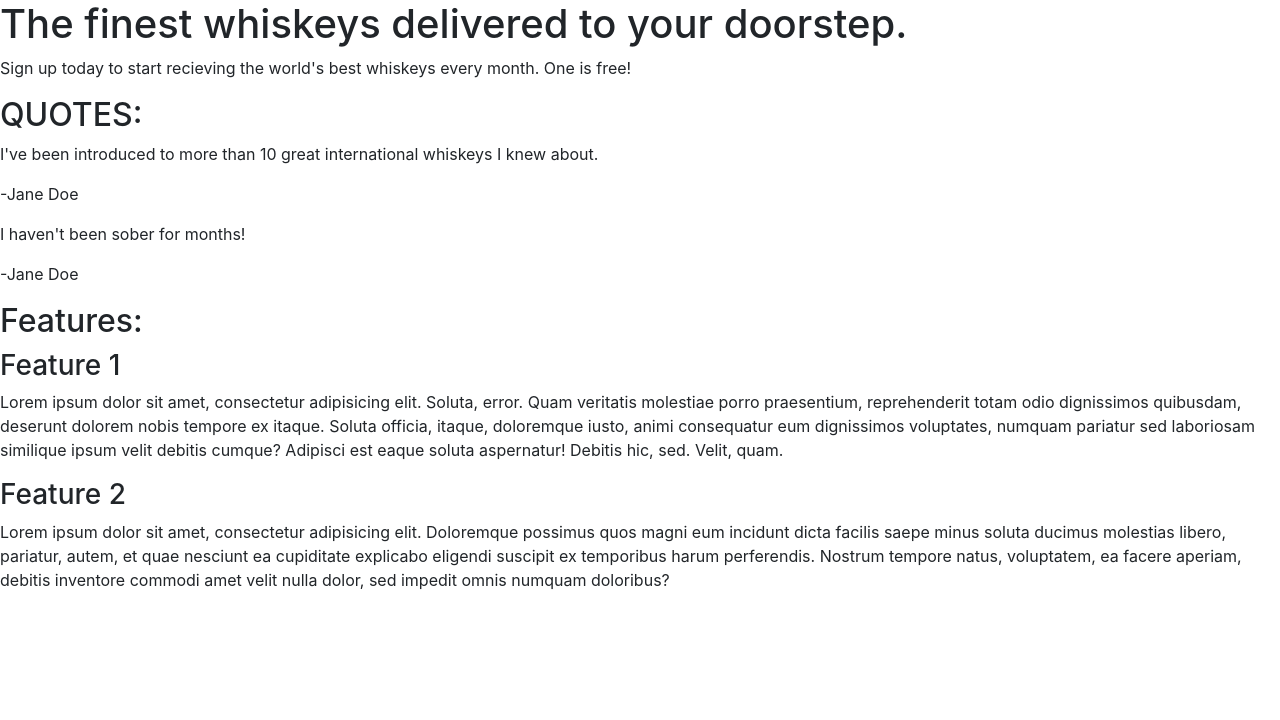
Repository: Leannald13/whiskey-project
Page: index.html
The author's editor kept a record of every edit. The page is drawn from the files as they stood at one moment, then again after the next edit.
The browser window is 1280 px wide. The pictures show the whole page.

Above is the page before.
Console error: TypeError: Cannot read properties of undefined (reading 'fn')

### index.html
<!DOCTYPE html>
<html lang="en">
<head>
    <meta charset="UTF-8">
    <meta name="viewport" content="width=device-width, initial-scale=1.0">
    <meta http-equiv="X-UA-Compatible" content="ie=edge">
    <link rel="stylesheet" href="https://stackpath.bootstrapcdn.com/bootstrap/4.1.3/css/bootstrap.min.css" integrity="sha384-MCw98/SFnGE8fJT3GXwEOngsV7Zt27NXFoaoApmYm81iuXoPkFOJwJ8ERdknLPMO" crossorigin="anonymous">
<script src="https://stackpath.bootstrapcdn.com/bootstrap/4.1.3/js/bootstrap.min.js" integrity="sha384-ChfqqxuZUCnJSK3+MXmPNIyE6ZbWh2IMqE241rYiqJxyMiZ6OW/JmZQ5stwEULTy" crossorigin="anonymous"></script>
    <title>Whiskey Drop: Taste a new whiskey every month</title>
</head>
<body>
    <article class="article">
        <section class="callout">
        <h1>The finest whiskeys delivered to your doorstep.</h1>
        <p>Sign up today to start recieving the world's best whiskeys every month. One is free!</p>
         </section>
    <section class="quotes">
    <h2 class="text-uppercase">Quotes:</h2>
    <div class="quote">
        <p>I've been introduced to more than 10 great international whiskeys I knew about.</p>
          <p>-Jane Doe</p>
    </div>
      <div class="quote">
         <p>I haven't been sober for months!</p>
         <p>-Jane Doe</p>
      </div>
    </section>
    <section class="features">
        <h2>Features:</h2>
        <div class="feature">
            <h3>Feature 1</h3>
            <p>Lorem ipsum dolor sit amet, consectetur adipisicing elit. Soluta, error. Quam veritatis molestiae porro praesentium, reprehenderit totam odio dignissimos quibusdam, deserunt dolorem nobis tempore ex itaque. Soluta officia, itaque, doloremque iusto, animi consequatur eum dignissimos voluptates, numquam pariatur sed laboriosam similique ipsum velit debitis cumque? Adipisci est eaque soluta aspernatur! Debitis hic, sed. Velit, quam.</p>
        </div>
        <div class="feature">
        <h3>Feature 2</h3>
        <p>Lorem ipsum dolor sit amet, consectetur adipisicing elit. Doloremque possimus quos magni eum incidunt dicta facilis saepe minus soluta ducimus molestias libero, pariatur, autem, et quae nesciunt ea cupiditate explicabo eligendi suscipit ex temporibus harum perferendis. Nostrum tempore natus, voluptatem, ea facere aperiam, debitis inventore commodi amet velit nulla dolor, sed impedit omnis numquam doloribus?</p>
        </div>



    </section>
    </article>

</body>
</html>

After the next edit:
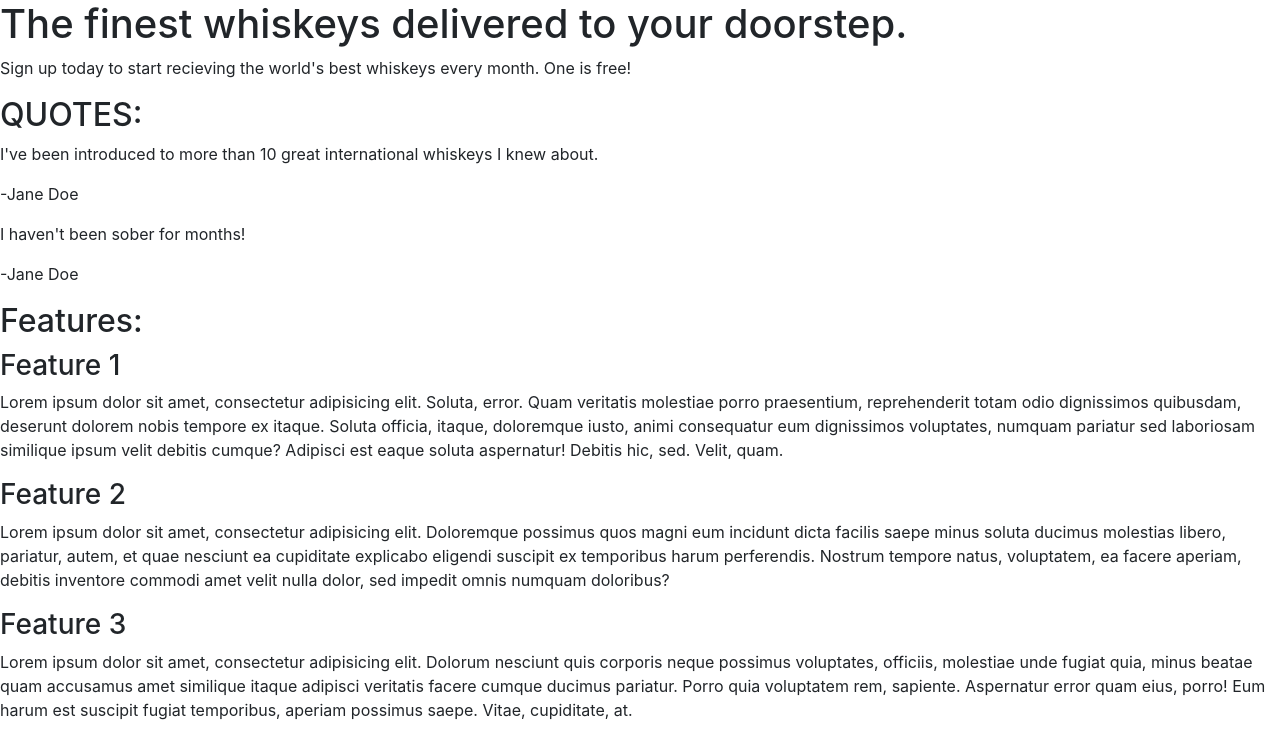
The edit:
--- a/index.html
+++ b/index.html
@@ -35,7 +35,10 @@
         <h3>Feature 2</h3>
         <p>Lorem ipsum dolor sit amet, consectetur adipisicing elit. Doloremque possimus quos magni eum incidunt dicta facilis saepe minus soluta ducimus molestias libero, pariatur, autem, et quae nesciunt ea cupiditate explicabo eligendi suscipit ex temporibus harum perferendis. Nostrum tempore natus, voluptatem, ea facere aperiam, debitis inventore commodi amet velit nulla dolor, sed impedit omnis numquam doloribus?</p>
         </div>
-
+        <div class="feature">
+          <h3>Feature 3</h3>
+          <p>Lorem ipsum dolor sit amet, consectetur adipisicing elit. Dolorum nesciunt quis corporis neque possimus voluptates, officiis, molestiae unde fugiat quia, minus beatae quam accusamus amet similique itaque adipisci veritatis facere cumque ducimus pariatur. Porro quia voluptatem rem, sapiente. Aspernatur error quam eius, porro! Eum harum est suscipit fugiat temporibus, aperiam possimus saepe. Vitae, cupiditate, at.</p>
+        </div>
 
 
     </section>
